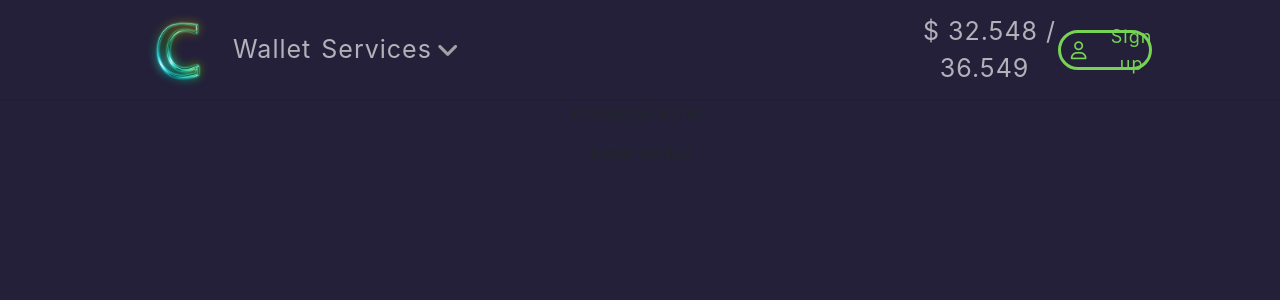
Repository: YuriyBen/Corzbank
Page: / (app in Corzbank.Web/ClientApp/)
An editor plug-in stored every save of this project. The page is shown before and after a run of saves, followed by the edit.
The browser window is 1280 px wide. The pictures show the whole page.
Some web libraries are served in a nearby version. The project was rebuilt for these pictures with package versions that can differ from the ones it lists, and the page was loaded fresh each time. Also part of the build but not shown: Corzbank.Web/ClientApp/angular.json.

Above is the page before, as saved 2022-05-19 22:41:45.

### Corzbank.Web/ClientApp/src/index.html
<!DOCTYPE html>
<html lang="en">
  <head>
    <meta charset="utf-8" />
    <title>Corzbank.Web</title>
    <base href="/" />

    <meta name="viewport" content="width=device-width, initial-scale=1" />
    <link rel="icon" type="image/x-icon" href="favicon.ico" />

    <script src="https://kit.fontawesome.com/61ebb60581.js" crossorigin="anonymous"></script>
  </head>
  <body>
    <app-root>Loading...</app-root>
  </body>
</html>

### Corzbank.Web/ClientApp/src/styles.css
/* You can add global styles to this file, and also import other style files */

/* Provide sufficient contrast against white background */
a {
  color: #0366d6;
}

code {
  color: #e01a76;
}

.btn-primary {
  color: #fff;
  background-color: #1b6ec2;
  border-color: #1861ac;
}
body{
  display: block;
  text-align: -webkit-center;
  background-color: #24203A;
}
.main{
 /* background-color: red; */
  padding: 0;
  width: 85%;
}

### Corzbank.Web/ClientApp/src/app/app.module.ts
import { BrowserModule } from '@angular/platform-browser';
import { NgModule } from '@angular/core';
import { FormsModule } from '@angular/forms';
import { HttpClientModule, HTTP_INTERCEPTORS } from '@angular/common/http';
import { RouterModule } from '@angular/router';

import { AppComponent } from './app.component';
import { HomepageComponent } from './homepage/homepage.component';
import { HeaderComponent } from './header/header.component';
import { FooterComponent } from './footer/footer.component';

@NgModule({
  declarations: [
    AppComponent,
    HomepageComponent,
    HeaderComponent,
    FooterComponent
  ],
  imports: [
    BrowserModule.withServerTransition({ appId: 'ng-cli-universal' }),
    HttpClientModule,
    FormsModule,
    RouterModule.forRoot([
      { path: '', component: HomepageComponent, pathMatch: 'full' },
    ])
  ],
  providers: [],
  bootstrap: [AppComponent]
})
export class AppModule { }

### Corzbank.Web/ClientApp/src/app/app.component.html
<body>
  <app-header></app-header>
  <div class="container">
    <router-outlet></router-outlet>
  </div>
  <app-footer></app-footer>
</body>

### Corzbank.Web/ClientApp/src/app/homepage/homepage.component.html
<p>homepage works!</p>

### Corzbank.Web/ClientApp/src/app/header/header.component.html
<div class="navbar">
    <div class="left-block">
        <div class="logo">
            <img src="assets/photos/logo.png" alt="logo">
        </div>
        <span>Wallet</span>
        <div class="services">
            <span>Services</span>
            <i class="fa fa-angle-down"></i>
        </div>
    </div>
    <div class="right-block">
        <div class="exchange">
            <span>$ 32.548 / 36.549</span>
        </div>
        <div class="account">
            <i class="far fa-user"></i>
            <p>Sign up</p>
        </div>
    </div>
</div>
<hr>

### Corzbank.Web/ClientApp/src/app/header/header.component.scss
*{
    padding: 0;
    margin: 0;
    box-sizing: border-box;
}
.navbar{
    // background-color: green;
    height: 100px;
    display: flex;
    justify-content: space-between;
    align-items: center;
    font-size: 25px;
    letter-spacing: 1px;
    width: 80%;
}
.left-block , .right-block{
    display: flex;
    justify-content: space-between;
    width: 23%;
    align-items: baseline;
    align-items: center;
}
.navbar span{
    color: white;
    opacity: 65%;
    padding: 0 5px;
}
.left-block img{
    width: 100px;
}
.left-block .services{
    display: flex;
    width: 140px;
    justify-content: space-between;
    align-items: center;
}
.right-block .account{
    display: -webkit-inline-box;
    width: 140px;
    height: 40px;
    -webkit-box-align: center;
    border-radius: 32px;
    background: transparent;
    border: 3px solid #77D353;
    padding: 0 10px;
    -webkit-box-pack: center;
    font-size: 18px;

}
.account p, .far{
    color: #77D353;
}
.services i{
    color: #a1a1a1;
}
.account .far{
    margin-right: 10px;
}

Loaded but not shown: Corzbank.Web/ClientApp/src/main.ts (common file); Corzbank.Web/ClientApp/src/environments/environment.ts (common file); Corzbank.Web/ClientApp/src/app/app.component.ts (common file); Corzbank.Web/ClientApp/src/app/homepage/homepage.component.ts (common file); Corzbank.Web/ClientApp/src/app/header/header.component.ts (common file); Corzbank.Web/ClientApp/src/app/footer/footer.component.ts (common file); Corzbank.Web/ClientApp/src/app/footer/footer.component.html (common file); Corzbank.Web/ClientApp/src/app/footer/footer.component.scss (no stored copy; drawn as an empty file); Corzbank.Web/ClientApp/src/app/homepage/homepage.component.scss (no stored copy; drawn as an empty file)

After the next 2 saves:
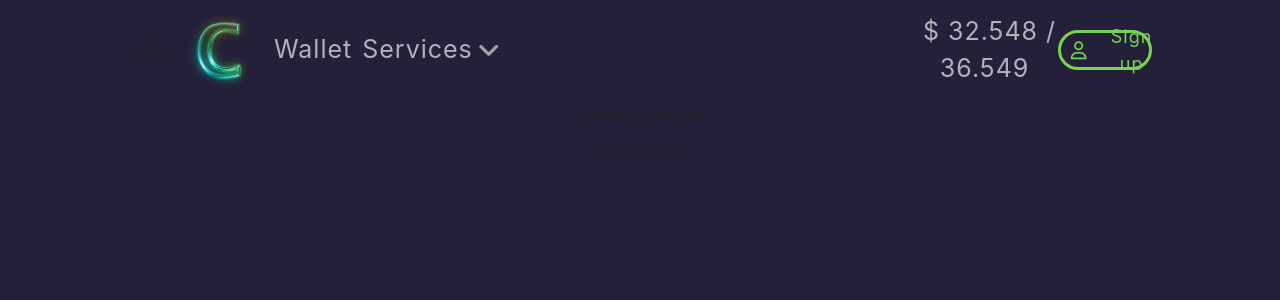
The 2 saves are shown as one change because they came seconds apart.
The last was saved 8 s later.
--- a/Corzbank.Web/ClientApp/src/app/header/header.component.html
+++ b/Corzbank.Web/ClientApp/src/app/header/header.component.html
@@ -1,5 +1,6 @@
 <div class="navbar">
     <div class="left-block">
+        .cir
         <div class="logo">
             <img src="assets/photos/logo.png" alt="logo">
         </div>

After the save that followed:
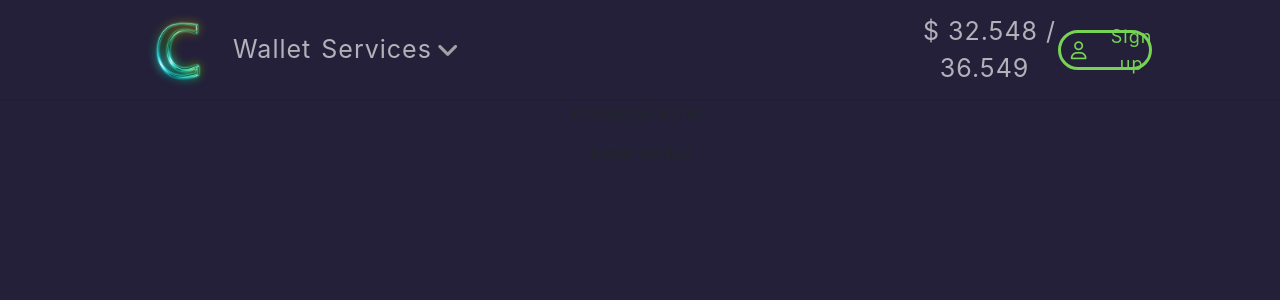
Saved 4 s later.
--- a/Corzbank.Web/ClientApp/src/app/header/header.component.html
+++ b/Corzbank.Web/ClientApp/src/app/header/header.component.html
@@ -1,8 +1,9 @@
 <div class="navbar">
     <div class="left-block">
-        .cir
-        <div class="logo">
-            <img src="assets/photos/logo.png" alt="logo">
+        <div class="circle">
+            <div class="logo">
+                <img src="assets/photos/logo.png" alt="logo">
+            </div>
         </div>
         <span>Wallet</span>
         <div class="services">
